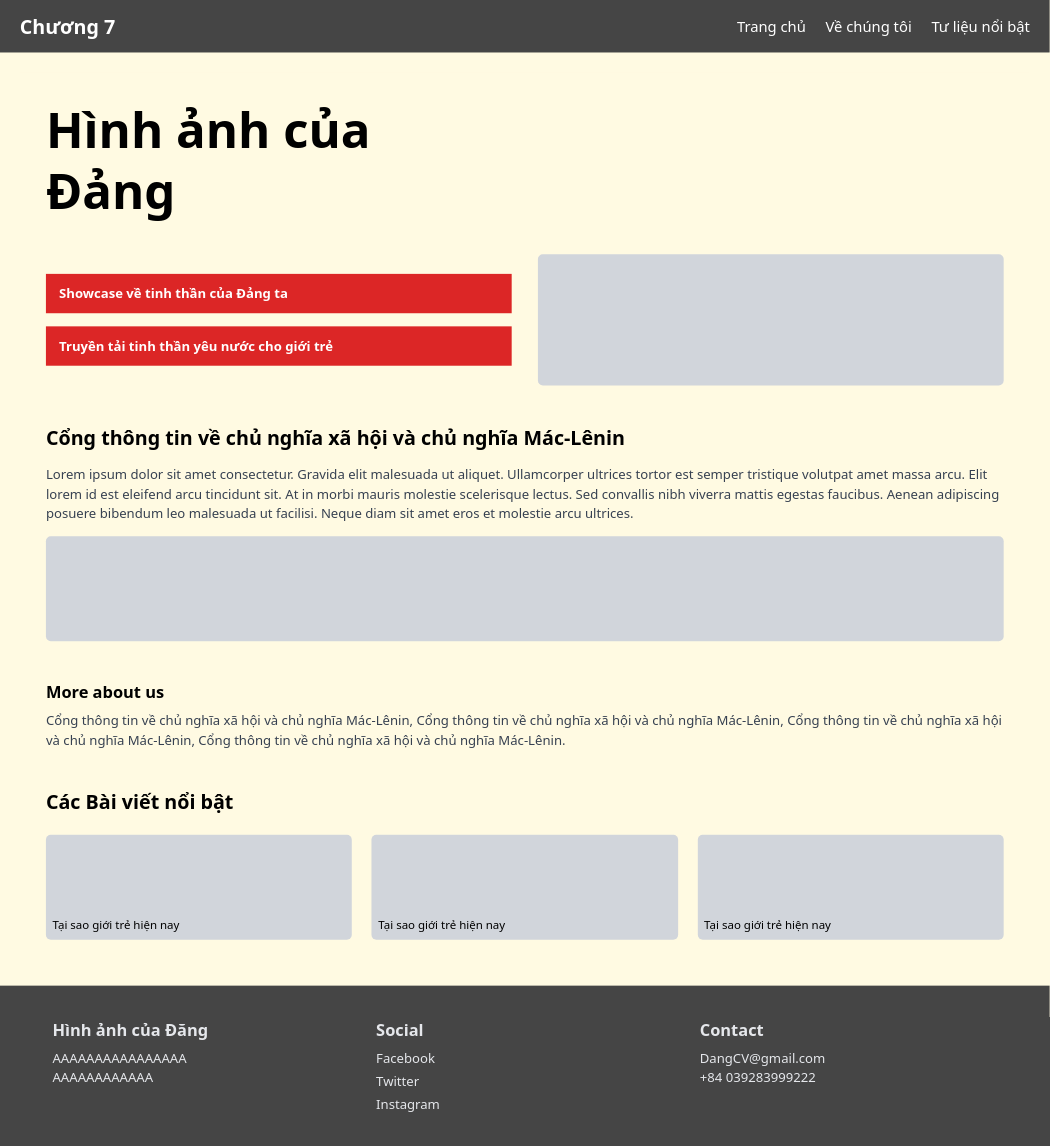
Repository: ultrakhaicraft/PRN232-Website-Showcase
Page: / (app in PRN232/)
These files come from the project's save history. The page is drawn as it stood at one moment and after the next save; the edit follows.
The browser window is 1280 px wide. The pictures show the whole page, at 82% of full size.
The project was rebuilt for these pictures with package versions that can differ from the ones it lists, and the page was loaded fresh each time. Also part of the build but not shown: PRN232/vite.config.js, PRN232/src/pages/About.jsx, PRN232/src/pages/News.jsx.

Above is the page before, as saved 2025-09-17 18:46:54.

### PRN232/index.html
<!doctype html>
<html lang="en">
  <head>
    <meta charset="UTF-8" />
    <link rel="icon" type="image/svg+xml" href="/vite.svg" />
    <meta name="viewport" content="width=device-width, initial-scale=1.0" />
    <title>Thuyết trình MLN131</title>
  </head>
  <body>
    <div id="root"></div>
    <script type="module" src="/src/main.jsx"></script>
  </body>
</html>

### PRN232/src/main.jsx
import React from 'react'
import ReactDOM from 'react-dom/client'
import App from './App.jsx'
import './index.css'   // phải có dòng này

ReactDOM.createRoot(document.getElementById('root')).render(
  <React.StrictMode>
    <App />
  </React.StrictMode>,
)

### PRN232/src/App.jsx
import React from "react";
import { BrowserRouter as Router, Routes, Route } from "react-router-dom";

import Homepage from "./pages/HomePage";
import About from "./pages/About";
import News from "./pages/News";
import Navbar from "./components/Narbar";
import Footer from "./components/Footer";

function App() {
  return (
    <Router>
      <div className="flex flex-col min-h-screen">
        {/* Navbar */}
        <Navbar />

        {/* Nội dung page */}
        <main className="flex-grow p-6">
          <Routes>
            <Route path="/" element={<Homepage />} />
            <Route path="/about" element={<About />} />
            <Route path="/news" element={<News />} />
          </Routes>
        </main>

        {/* Footer (optional) */}
        <Footer/>
      </div>
    </Router>
  );
}

export default App;

### PRN232/src/index.css
@tailwind base;
@tailwind components;
@tailwind utilities;

body {
  @apply bg-[#FFFAE2];
}

### PRN232/src/pages/HomePage.jsx
import React from "react";

function Homepage() {
  return (
    <div className="bg-[#FFFAE2] min-h-screen p-8">
      {/* Tiêu đề */}
      <h1 className="mb-10 text-6xl font-extrabold leading-tight">
        Hình ảnh của <br /> Đảng
      </h1>

      {/* Showcase */}
      <div className="grid items-center gap-8 mb-12 md:grid-cols-2">
        <div>
          <div className="px-4 py-3 mb-4 font-semibold text-white bg-red-600">
            Showcase về tinh thần của Đảng ta
          </div>
          <div className="px-4 py-3 font-semibold text-white bg-red-600">
            Truyền tải tinh thần yêu nước cho giới trẻ
          </div>
        </div>
        <div className="h-40 bg-gray-300 rounded-md"></div>
      </div>

      {/* Thông tin giới thiệu */}
      <section className="mb-12">
        <h2 className="mb-4 text-2xl font-bold">
          Cổng thông tin về chủ nghĩa xã hội và chủ nghĩa Mác-Lênin
        </h2>
        <p className="mb-4 text-gray-700">
          Lorem ipsum dolor sit amet consectetur. Gravida elit malesuada ut
          aliquet. Ullamcorper ultrices tortor est semper tristique volutpat
          amet massa arcu. Elit lorem id est eleifend arcu tincidunt sit. At in
          morbi mauris molestie scelerisque lectus. Sed convallis nibh viverra
          mattis egestas faucibus. Aenean adipiscing posuere bibendum leo
          malesuada ut facilisi. Neque diam sit amet eros et molestie arcu
          ultrices.
        </p>
        <div className="h-32 bg-gray-300 rounded-md"></div>
      </section>

      {/* More about us */}
      <section className="mb-12">
        <h2 className="mb-2 text-xl font-bold">More about us</h2>
        <p className="text-gray-700">
          Cổng thông tin về chủ nghĩa xã hội và chủ nghĩa Mác-Lênin,
          Cổng thông tin về chủ nghĩa xã hội và chủ nghĩa Mác-Lênin,
          Cổng thông tin về chủ nghĩa xã hội và chủ nghĩa Mác-Lênin,
          Cổng thông tin về chủ nghĩa xã hội và chủ nghĩa Mác-Lênin.
        </p>
      </section>

      {/* Bài viết nổi bật */}
      <section>
        <h2 className="mb-6 text-2xl font-bold">Các Bài viết nổi bật</h2>
        <div className="grid gap-6 md:grid-cols-3">
          <div className="flex items-end h-32 p-2 text-sm bg-gray-300 rounded-md">
            Tại sao giới trẻ hiện nay
          </div>
          <div className="flex items-end h-32 p-2 text-sm bg-gray-300 rounded-md">
            Tại sao giới trẻ hiện nay
          </div>
          <div className="flex items-end h-32 p-2 text-sm bg-gray-300 rounded-md">
            Tại sao giới trẻ hiện nay
          </div>
        </div>
      </section>
    </div>
  );
}

export default Homepage;

### PRN232/src/components/Narbar.jsx
import React from "react";
import { Link } from "react-router-dom";

function Navbar() {
  return (
    <nav className="flex items-center justify-between px-6 py-4 text-white bg-[#454545]">
      {/* Logo */}
      <div className="text-2xl font-bold">
        <Link to="/">Chương 7</Link>
      </div>

      {/* Menu */}
      <div className="flex justify-center gap-6 text-lg">
        <Link to="/" className="hover:text-blue-400">Trang chủ</Link>
        <Link to="/about" className="hover:text-blue-400">Về chúng tôi</Link>
        <Link to="/news" className="hover:text-blue-400">Tư liệu nổi bật</Link>
      </div>
    </nav>
  );
}

export default Navbar;

### PRN232/src/components/Footer.jsx
import React from "react";

function Footer() {
  return (
    <footer className="px-6 py-10 text-gray-200 bg-[#454545]">
      <div className="grid max-w-6xl grid-cols-1 gap-8 mx-auto md:grid-cols-3">

        {/* Cột 1 */}
        <div>
          <h2 className="mb-2 text-xl font-bold">Hình ảnh của Đăng</h2>
          <p>
            AAAAAAAAAAAAAAAA <br />
            AAAAAAAAAAAA
          </p>
        </div>

        {/* Cột 2 */}
        <div>
          <h2 className="mb-2 text-xl font-bold">Social</h2>
          <ul className="space-y-1">
            <li><a href="#" className="hover:text-blue-400">Facebook</a></li>
            <li><a href="#" className="hover:text-blue-400">Twitter</a></li>
            <li><a href="#" className="hover:text-blue-400">Instagram</a></li>
          </ul>
        </div>

        {/* Cột 3 */}
        <div>
          <h2 className="mb-2 text-xl font-bold">Contact</h2>
          <p>DangCV@gmail.com</p>
          <p>+84 039283999222</p>
        </div>
      </div>
    </footer>
  );
}

export default Footer;

### PRN232/tailwind.config.js
/** @type {import('tailwindcss').Config} */
export default {
  content: [
    "./index.html",
    "./src/**/*.{js,ts,jsx,tsx}",   // rất quan trọng
  ],
  theme: {
    extend: {},
  },
  plugins: [],
};

After the next save:
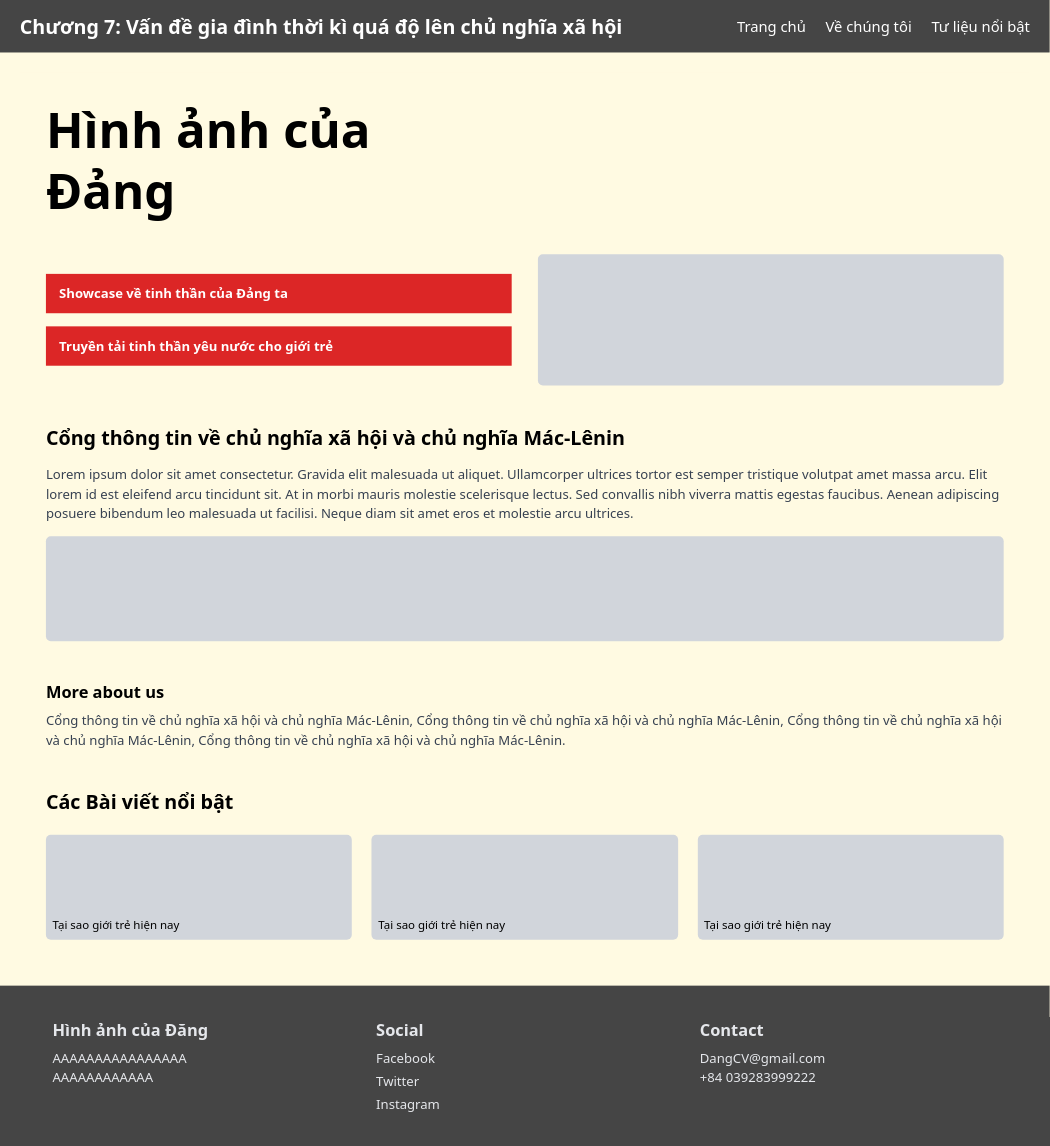
Saved 85 s later.
--- a/PRN232/src/components/Narbar.jsx
+++ b/PRN232/src/components/Narbar.jsx
@@ -6,7 +6,7 @@ function Navbar() {
     <nav className="flex items-center justify-between px-6 py-4 text-white bg-[#454545]">
       {/* Logo */}
       <div className="text-2xl font-bold">
-        <Link to="/">Chương 7</Link>
+        <Link to="/">Chương 7: Vấn đề gia đình thời kì quá độ lên chủ nghĩa xã hội</Link>
       </div>
 
       {/* Menu */}
